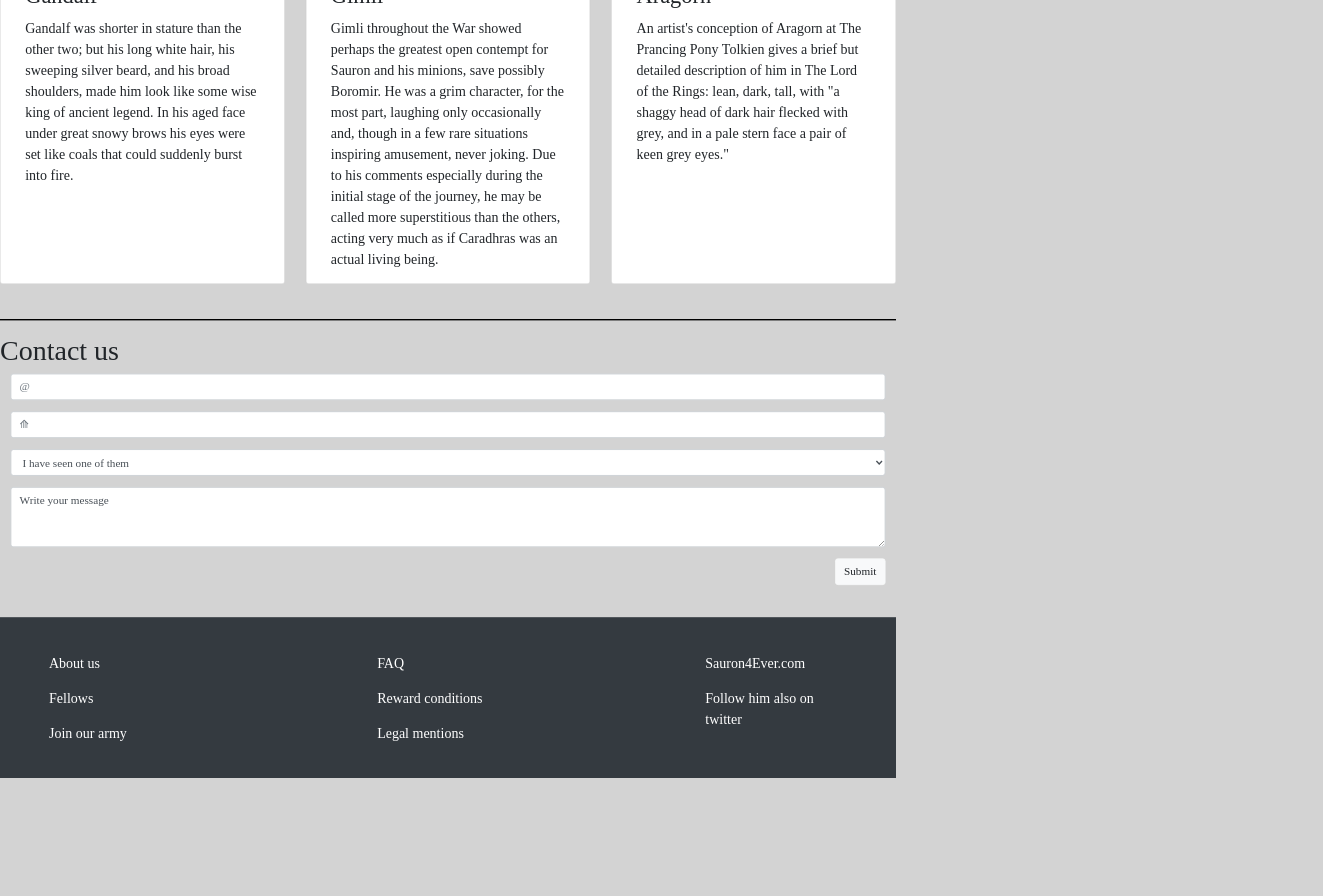
Repository: Khaleddwm/FindThePrecious
Page: index.html
The author's editor kept a copy of each file at every save. The page is drawn from the files as they stood at one save, then again after the next save.
The browser window is 1280 px wide. The page is 1295 px wide, then 1890 px, then 1295 px, so the pictures cover 1890 px, including what lies to the right of the window. The pictures show the part of the page from y = 1454 to 2734 px (the page is 2734 px tall), at 70% of full size.
Some web fonts or font styles are not loaded; a fallback is used.

Above is the page before, as saved 2020-05-25 01:00:18.

### index.html
<!DOCTYPE html>
<html lang="en">
<head>
    <meta charset="UTF-8">
    <meta name="viewport" content="width=device-width, initial-scale=1.0">
    <title>FindThePrecious</title>
    <link href="https://fonts.googleapis.com/css2?family=Bad+Script&display=swap" rel="stylesheet">
    <!-- CSS only -->
    <link rel="stylesheet" href="https://stackpath.bootstrapcdn.com/bootstrap/4.5.0/css/bootstrap.min.css" integrity="sha384-9aIt2nRpC12Uk9gS9baDl411NQApFmC26EwAOH8WgZl5MYYxFfc+NcPb1dKGj7Sk" crossorigin="anonymous">
    <link rel="stylesheet" href="https://cdnjs.cloudflare.com/ajax/libs/font-awesome/4.7.0/css/font-awesome.min.css">
    <link rel="stylesheet" href="style.css">
    <!-- JS, Popper.js, and jQuery -->
    <script src="https://code.jquery.com/jquery-3.5.1.slim.min.js" integrity="sha384-DfXdz2htPH0lsSSs5nCTpuj/zy4C+OGpamoFVy38MVBnE+IbbVYUew+OrCXaRkfj" crossorigin="anonymous"></script>
    <script src="https://cdn.jsdelivr.net/npm/popper.js@1.16.0/dist/umd/popper.min.js" integrity="sha384-Q6E9RHvbIyZFJoft+2mJbHaEWldlvI9IOYy5n3zV9zzTtmI3UksdQRVvoxMfooAo" crossorigin="anonymous"></script>
    <script src="https://stackpath.bootstrapcdn.com/bootstrap/4.5.0/js/bootstrap.min.js" integrity="sha384-OgVRvuATP1z7JjHLkuOU7Xw704+h835Lr+6QL9UvYjZE3Ipu6Tp75j7Bh/kR0JKI" crossorigin="anonymous"></script>
</head>
<body>
    <nav class="navbar navbar-expand-sm navbar-dark bg-dark">
        <a href"index.html" class="titleNav navbar-brand">FindThePrecious.com</a>
        <button class="navbar-toggler" data-toggle="collapse" data-target="#navbarMenu">
            <span class="navbar-toggler-icon"></span>
        </button>
        <div class="collapse navbar-collapse" id="navbarMenu">
            <ul class="navbar-nav">
                <li class="nav-item">
                    <a href="#" class="nav-link">Fellows</a>
                </li>
                <li>
                    <a href="#" class="nav-link">Contact us</a>
                </li>
            </ul>
        </div>
    </nav>
    <div id="carouselControls" class="carousel slide" data-ride="carousel">
        <div class="carousel-inner">
            <div class="carousel-caption d-none d-block">
                <h1>Dangerous fellowship try to destroy the ring</h1>
                <p>Orcs, Goblins, Balrogs, protect your master Sauron !</p>
            </div>
            <div class="carousel-item active">
                <img class="d-block w-100" src="https://img.phonandroid.com/2018/04/seigneur-des-anneaux.jpg" alt="First slide">
            </div>
            <div class="carousel-item">
                <img class="d-block w-100" src="https://www.journaldugeek.com/content/uploads/2019/07/lord-of-the-rings-gollum-new-lotr-stealth-game-coming-2021-from-daedalic-entertainment-767717.jpg" alt="Second slide">
            </div>
            <div class="carousel-item">
                <img class="d-block w-100" src="https://vignette.wikia.nocookie.net/lotr/images/1/15/Gothmog_the_lord_of_balrogs_by_atohas-d8hf6ru.jpg/revision/latest?cb=20180410213854" alt="Third slide">
            </div>
        </div>
        <a class="carousel-control-prev" href="#carouselControls" role="button" data-slide="prev">
            <span class="carousel-control-prev-icon" aria-hidden="true"></span>
            <span class="sr-only">Previous</span>
        </a>
        <a class="carousel-control-next" href="#carouselControls" role="button" data-slide="next">
            <span class="carousel-control-next-icon" aria-hidden="true"></span>
            <span class="sr-only">Next</span>
        </a>
    </div>
    <div class="wanted">
        <div class="wanted-title">
            <h1>Fellows wanted dead (or alive if you want to eat them later)</h1>
        </div>
        <div class="card-deck">
            <div class="card col-xs-12 col-md-4">
                <img src="https://kr4v3n.github.io/Sauron/img/gandalf.png" class="card-img-top" alt="Gandalf">
                <div class="living card-img-overlay">
                    <h2>Reward 1000 gold coins</h2>
                </div>
                <div class="card-body">
                    <h2 class="card-title">Gandalf</h2>
                    <p class="card-text">
                        Gandalf was shorter in stature than the other two; but his long white hair,
                        his sweeping silver beard, and his broad shoulders, made him look like some wise king of ancient legend.
                        In his aged face under great snowy brows his eyes were set like coals that could suddenly burst into fire.
                    </p>
                </div>
            </div>
            <div class="card col-xs-12 col-md-4">
                <img src="https://kr4v3n.github.io/Sauron/img/gimli.png" class="card-img-top" alt="Gimli">
                <div class="dead card-img-overlay">
                    <h2>DEAD</h2>
                </div>
                <div class="card-body">
                    <h2 class="card-title">Gimli</h2>
                    <p class="card-text">
                        Gimli throughout the War showed perhaps the greatest open contempt for Sauron and his minions, save possibly Boromir.
                        He was a grim character, for the most part, laughing only occasionally and, though in a few rare situations inspiring amusement,
                        never joking. Due to his comments especially during the initial stage of the journey, he may be called more superstitious than the others,
                        acting very much as if Caradhras was an actual living being.
                    </p>
                </div>
            </div>
            <div class="card col-xs-12 col-md-4">
                <img src="https://kr4v3n.github.io/Sauron/img/aragorn.png" class="card-img-top" alt="Aragorn">
                <div class="living card-img-overlay">
                    <h2>Reward 250 gold coins</h2>
                </div>
                <div class="card-body">
                    <h2 class="card-title">Aragorn</h2>
                    <p class="card-text">
                        An artist's conception of Aragorn at The Prancing Pony Tolkien gives
                        a brief but detailed description of him in The Lord of the Rings: lean, dark, tall, with
                        "a shaggy head of dark hair flecked with grey, and in a pale stern face a pair of keen grey eyes."
                    </p>
                </div>
            </div>
        </div>
    </div>
    <div class="form">
        <h1>Contact us</h1>
        <form class="container-fluid">
            <div class="form-group">
                <input type="email" class="form-control" id="email" placeholder="&#64;">
            </div>
            <div class="form-group">
                <input type="email" class="form-control" id="email" placeholder="&#10224;">
            </div>
            <div class="form-group">
                <select class="form-control" id="select">
                    <option>I have seen one of them</option>
                    <option>I have lost one of them</option>
                    <option>I have find one of them</option>
                </select>
            </div>
            <div class="form-group">
                <textarea class="form-control" id="textarea" rows="3">Write your message</textarea>
            </div>
            <div class="form-group">
                <input type="submit" class="btn btn-light" id="submit" value="Submit">
            </div>
        </form>
    </div>
    <footer class="footer-classic bg-dark">
        <div class="container-fluid">
            <div class="d-flex justify-content-between">
                <div class="col-md-4 col-xl-3">
                    <ul class="nav-list">
                        <li><a href="#">About us</a></li>
                        <li><a href="#">Fellows</a></li>
                        <li><a href="#">Join our army</a></li>
                    </ul>
                </div>
                <div class="col-md-4 col-xl-3">
                    <ul class="nav-list">
                        <li><a href="#">FAQ</a></li>
                        <li><a href="#">Reward conditions</a></li>
                        <li><a href="#">Legal mentions</a></li>
                    </ul>
                </div>
                <div class="col-md-4 col-xl-3">
                    <ul class="nav-list">
                        <li><a href="#">Sauron4Ever.com</a></li>
                        <li><a href="#">Follow him also on twitter</a></li>
                    </ul>
                </div>
            </div>
        </div>
    </footer>
</body>
</html>

### style.css
body {
    font-family: 'Bad Script', cursive;
    background-color: lightgrey;
}

#navbarMenu, .titleNav {
    font-size: 30px;
}

.navbar {
    overflow: hidden;
    position: fixed; /* Set the navbar to fixed position */
    top: 0; /* Position the navbar at the top of the page */
    width: 100%; /* Full width */
    z-index: 1000;
}

/* Change background on mouse-over */
#navbarMenu a:hover {
    background: lightgray;
    color: black;
}

#carouselControls {
    margin-top: 60px;
}

p {
    font-size: 20px;
}

img {
    width: auto;
    height: 600px;
}

.wanted-title {
    text-align: center;
    margin: 50px;
}
/* hover for living */
.living h2 {
    background-color: lightgray;
}

.living {
    opacity: 0;
}

.living:hover {
    opacity: 1;
    text-align: center;
}

/* hover for dead */
.dead {
    opacity: 0;
}

.dead:hover {
    opacity: 1;
    text-align: center;
    background-color: lightgray;
}

#submit {
    float: right;
}

.form {
    font-size: 30px;
    margin-top: 50px;
    margin-bottom: 100px;
    border-top: 2px solid black;
}

.form h1 {
    margin-top: 20px;
}

footer .container-fluid {
    padding-top: 30px;
    padding-bottom: 30px;
    font-size: 20px;
}



.footer-classic a, .footer-classic a:focus, .footer-classic a:active {
    color: white;
}

ul, li {
    list-style: none;
    padding: 0;
    margin: 20px;
}

After the next save:
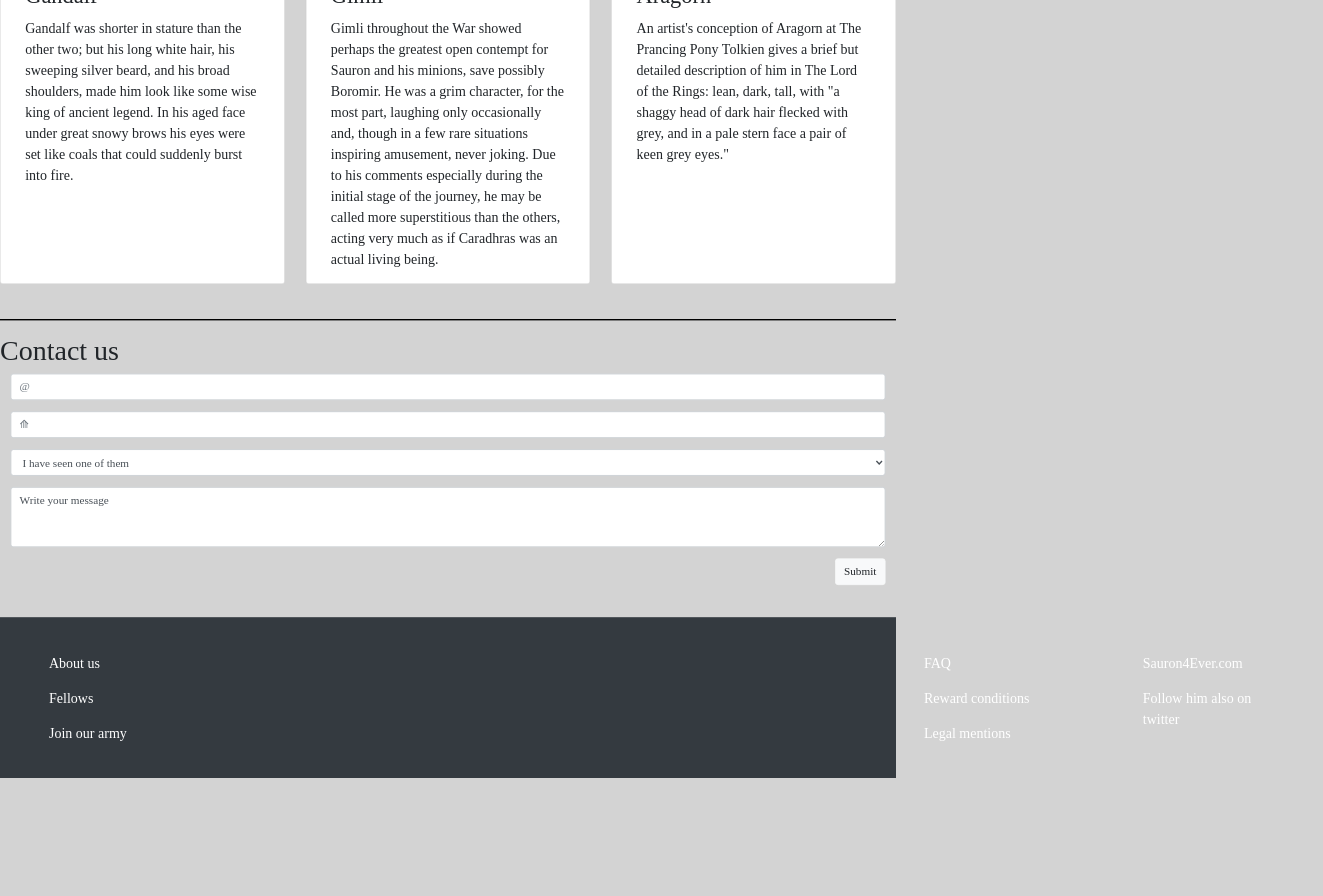
Saved 5 s later.
--- a/index.html
+++ b/index.html
@@ -133,7 +133,7 @@
     <footer class="footer-classic bg-dark">
         <div class="container-fluid">
             <div class="d-flex justify-content-between">
-                <div class="col-md-4 col-xl-3">
+                <div class="col-md-4 col-xl-12">
                     <ul class="nav-list">
                         <li><a href="#">About us</a></li>
                         <li><a href="#">Fellows</a></li>

After the save that followed:
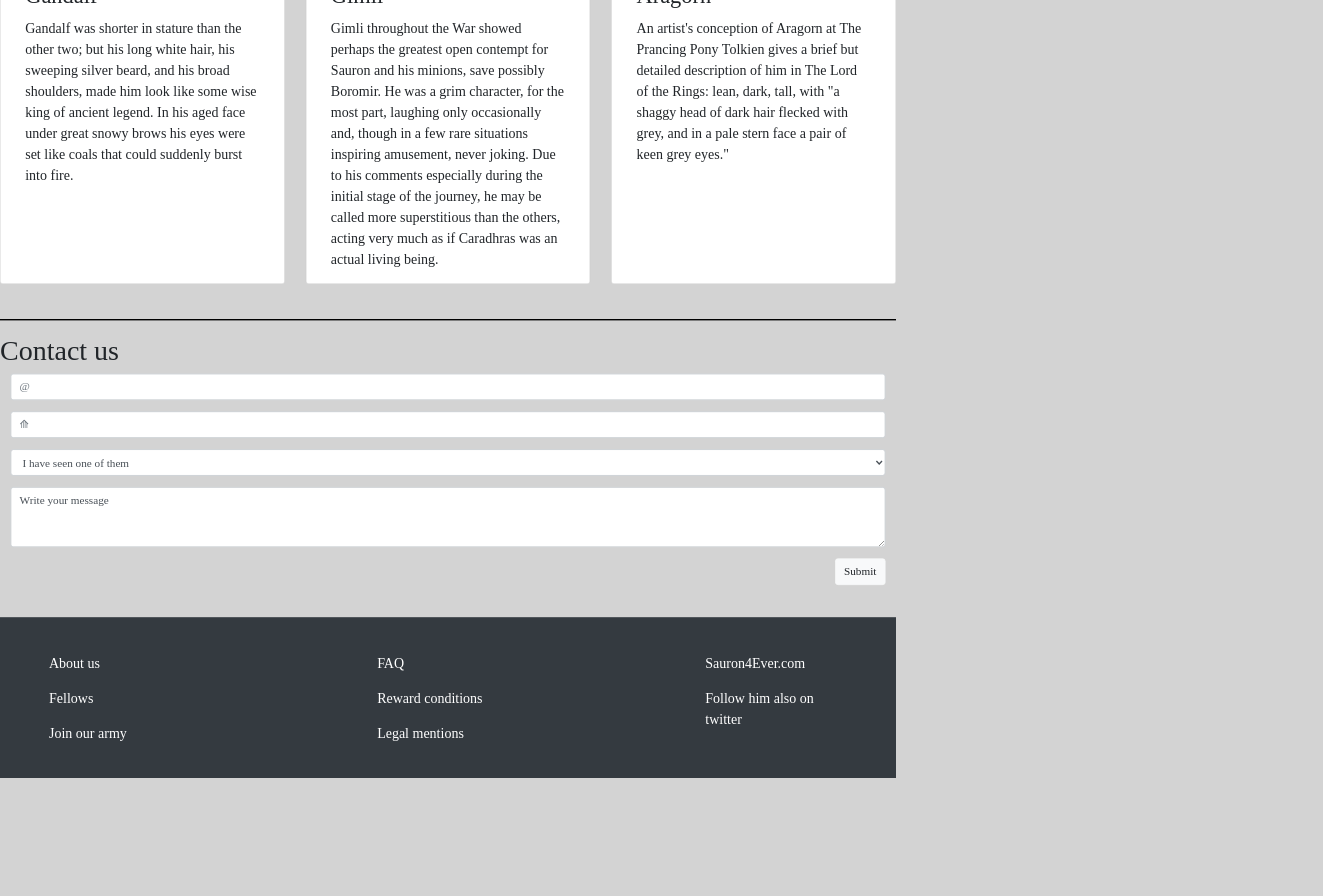
Saved 17 s later.
--- a/index.html
+++ b/index.html
@@ -133,7 +133,7 @@
     <footer class="footer-classic bg-dark">
         <div class="container-fluid">
             <div class="d-flex justify-content-between">
-                <div class="col-md-4 col-xl-12">
+                <div class="col-md-4 col-xl-3">
                     <ul class="nav-list">
                         <li><a href="#">About us</a></li>
                         <li><a href="#">Fellows</a></li>
